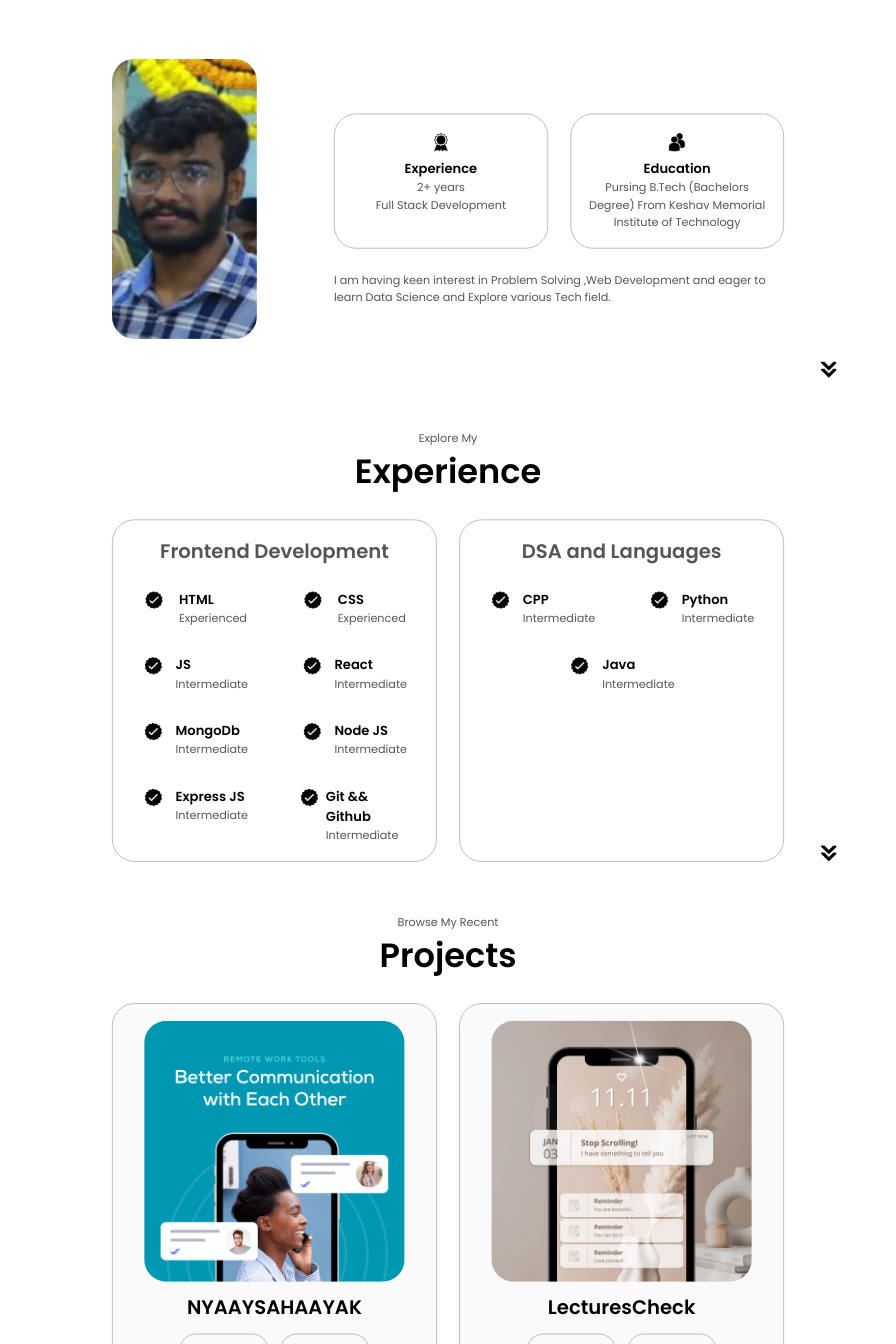
Repository: ARUN-YERRAM/ARUN-YERRAM-PORTFOLIO
Page: portfolio/index.html
These files come from the project's save history. The page is drawn as it stood at one moment and after a run of saves; the edit follows.
The browser window is 1280 px wide. The pictures show the part of the page from y = 923 to 2843 px (the page is 3401 px tall), at 70% of full size.

Above is the page before, as saved 2024-07-07 04:15:04.

### portfolio/index.html
<!DOCTYPE html>
<html lang="en">
  <head>
    <meta charset="UTF-8" />
    <meta http-equiv="X-UA-Compatible" content="IE=edge" />
    <meta name="viewport" content="width=device-width, initial-scale=1.0" />
    <title>My Portfolio</title>
    <link rel="stylesheet" href="style.css" />
    <link rel="stylesheet" href="mediaqueries.css" />
  </head>
  <body>
    <nav id="desktop-nav">
      <div class="logo">ARUN YERRAM</div>
      <div>
        <ul class="nav-links">
          <li><a href="#about">About</a></li>
          <li><a href="#experience">Experience</a></li>
          <li><a href="#projects">Projects</a></li>
          <li><a href="#contact">Contact</a></li>
        </ul>
      </div>
    </nav>
    <nav id="hamburger-nav">
      <div class="logo">ARUN YERRAM</div>
      <div class="hamburger-menu">
        <div class="hamburger-icon" onclick="toggleMenu()">
          <span></span>
          <span></span>
          <span></span>
        </div>
        <div class="menu-links">
          <li><a href="#about" onclick="toggleMenu()">About</a></li>
          <li><a href="#experience" onclick="toggleMenu()">Experience</a></li>
          <li><a href="#projects" onclick="toggleMenu()">Projects</a></li>
          <li><a href="#contact" onclick="toggleMenu()">Contact</a></li>
        </div>
      </div>
    </nav>
    <section id="profile">
      <div class="section__pic-container">
        <img src="./assets/profile-pic.png" alt="John Doe profile picture" />
      </div>
      <div class="section__text">
        <p class="section__text__p1">Hello, I'm</p>
        <h1 class="title">ARUN YERRAM</h1>
        <p class="section__text__p2">Frontend Developer</p>
        <div class="btn-container">
          <button
            class="btn btn-color-2"
            onclick="window.open('./assets/My_Resume.pdf')"
          >
            Download CV
          </button>
          <button class="btn btn-color-1" onclick="location.href='./#contact'">
            Contact Info
          </button>
        </div>
        <div id="socials-container">
          <img
            src="./assets/linkedin.png"
            alt="My LinkedIn profile"
            class="icon"
            onclick="window.open('https://www.linkedin.com/in/arun-yerram/','_blank')"
          />
          <img
            src="./assets/github.png"
            alt="My Github profile"
            class="icon"
            onclick="location.href='https://github.com/ARUN-YERRAM?tab=repositories'"
          />
        </div>
      </div>
    </section>
    <section id="about">
      <p class="section__text__p1">Get To Know More</p>
      <h1 class="title">About Me</h1>
      <div class="section-container">
        <div class="section__pic-container">
          <img
            src="./assets/Photo1.jpg"
            alt="Profile picture"
            class="about-pic"
          />
        </div>
        <div class="about-details-container">
          <div class="about-containers">
            <div class="details-container">
              <img
                src="./assets/experience.png"
                alt="Experience icon"
                class="icon"
              />
              <h3>Experience</h3>
              <p>2+ years <br />Full Stack Development</p>
            </div>
            <div class="details-container">
              <img
                src="./assets/education.png"
                alt="Education icon"
                class="icon"
              />
              <h3>Education</h3>
              <p>Pursing B.Tech (Bachelors Degree) From Keshav Memorial Institute of Technology <br /></p>
            </div>
          </div>
          <div class="text-container">
            <p>
              I am having keen interest in Problem Solving ,Web Development and eager to learn Data Science and Explore various Tech field.
            </p>
          </div>
        </div>
      </div>
      <img
        src="./assets/arrow.png"
        alt="Arrow icon"
        class="icon arrow"
        onclick="location.href='./#experience'"
      />
    </section>
    <section id="experience">
      <p class="section__text__p1">Explore My</p>
      <h1 class="title">Experience</h1>
      <div class="experience-details-container">
        <div class="about-containers">
          <div class="details-container">
            <h2 class="experience-sub-title">Frontend Development</h2>
            <div class="article-container">
              <article>
                <img
                  src="./assets/checkmark.png"
                  alt="Experience icon"
                  class="icon"
                />
                <div>
                  <h3>HTML</h3>
                  <p>Experienced</p>
                </div>
              </article>

              <article>
                <img
                  src="./assets/checkmark.png"
                  alt="Experience icon"
                  class="icon"
                />
                <div>
                  <h3>CSS</h3>
                  <p>Experienced</p>
                </div>
              </article>

              <article>
                <img
                  src="./assets/checkmark.png"
                  alt="Experience icon"
                  class="icon"
                />
                <div>
                  <h3>JS</h3>
                  <p>Intermediate</p>
                </div>
              </article>

              <article>
                <img
                  src="./assets/checkmark.png"
                  alt="Experience icon"
                  class="icon"
                />
                <div>
                  <h3>React</h3>
                  <p>Intermediate</p>
                </div>
              </article>

              <article>
                <img
                  src="./assets/checkmark.png"
                  alt="Experience icon"
                  class="icon"
                />
                <div>
                  <h3>MongoDb</h3>
                  <p>Intermediate</p>
                </div>
              </article>

                <article>
                  <img
                    src="./assets/checkmark.png"
                    alt="Experience icon"
                    class="icon"
                  />
                  <div>
                    <h3>Node JS</h3>
                    <p>Intermediate</p>
                  </div>
                </article>


                <article>
                  <img
                    src="./assets/checkmark.png"
                    alt="Experience icon"
                    class="icon"
                  />
                  <div>
                    <h3>Express JS</h3>
                    <p>Intermediate</p>
                  </div>
                </article>

                <article>
                <img
                  src="./assets/checkmark.png"
                  alt="Experience icon"
                  class="icon"
                />
                <div>
                  <h3>Git && Github</h3>
                  <p>Intermediate</p>
                </div>
              </article>

            </div>
          </div>
          <div class="details-container">
            <h2 class="experience-sub-title">DSA and Languages</h2>
            <div class="article-container">
              <article>
                <img
                  src="./assets/checkmark.png"
                  alt="Experience icon"
                  class="icon"
                />
                <div>
                  <h3>CPP</h3>
                  <p>Intermediate</p>
                </div>
              </article>
              <article>
                <img
                  src="./assets/checkmark.png"
                  alt="Experience icon"
                  class="icon"
                />
                <div>
                  <h3>Python</h3>
                  <p>Intermediate</p>
                </div>
              </article>

              <article>
                <img
                  src="./assets/checkmark.png"
                  alt="Experience icon"
                  class="icon"
                />
                <div>
                  <h3>Java</h3>
                  <p>Intermediate</p>
                </div>
              </article>
            </div>
          </div>
        </div>
      </div>
      <img
        src="./assets/arrow.png"
        alt="Arrow icon"
        class="icon arrow"
        onclick="location.href='./#projects'"
      />
    </section>
    <section id="projects">
      <p class="section__text__p1">Browse My Recent</p>
      <h1 class="title">Projects</h1>
      <div class="experience-details-container">
        <div class="about-containers">
          <div class="details-container color-container">
            <div class="article-container">
              <img
                src="./assets/project-1.png"
                alt="Project 1"
                class="project-img"
              />
            </div>
            <h2 class="experience-sub-title project-title">NYAAYSAHAAYAK</h2>
            <div class="btn-container">
              <button
                class="btn btn-color-2 project-btn"
                onclick="location.href='https://github.com/ARUN-YERRAM/NYAAYSAHAAYAK'"
              >
                Github
              </button>
              <button
                class="btn btn-color-2 project-btn"
                onclick="location.href=''"
              >
                Live Demo
              </button>
            </div>
          </div>
          <div class="details-container color-container">
            <div class="article-container">
              <img
                src="./assets/project-2.png"
                alt="Project 2"
                class="project-img"
              />
            </div>
            <h2 class="experience-sub-title project-title">LecturesCheck</h2>
            <div class="btn-container">
              <button
                class="btn btn-color-2 project-btn"
                onclick="location.href='https://github.com/ARUN-YERRAM/LecturesCheck'"
              >
                Github
              </button>
              <button
                class="btn btn-color-2 project-btn"
                onclick="location.href=''"
              >
                Live Demo
              </button>
            </div>
          </div>

          <!-- <div class="details-container color-container">
            <div class="article-container">
              <img
                src="./assets/project-3.png"
                alt="Project 3"
                class="project-img"
              />
            </div>
          </div> -->
        </div>
      </div>
      <img
        src="./assets/arrow.png"
        alt="Arrow icon"
        class="icon arrow"
        onclick="location.href='./#contact'"
      />
    </section>
    <section id="contact">
      <p class="section__text__p1">Get in Touch</p>
      <h1 class="title">Contact Me</h1>
      <div class="contact-info-upper-container">
        <div class="contact-info-container">
          <img
            src="./assets/email.png"
            alt="Email icon"
            class="icon contact-icon email-icon"
          />
          <p><a href="mailto:examplemail@gmail.com">arunyerram12022005@gmail.com</a></p>
        </div>
        <div class="contact-info-container">
          <img
            src="./assets/linkedin.png"
            alt="LinkedIn icon"
            class="icon contact-icon"
          />
          <p><a href="https://www.linkedin.com/in/arun-yerram/">LinkedIn</a></p>
        </div>
      </div>
    </section>
    <footer>
      <nav>
        <div class="nav-links-container">
          <ul class="nav-links">
            <li><a href="#about">About</a></li>
            <li><a href="#experience">Experience</a></li>
            <li><a href="#projects">Projects</a></li>
            <li><a href="#contact">Contact</a></li>
          </ul>
        </div>
      </nav>
      <p>Copyright &#169; 2024 Arun Yerram. All Rights Reserved.</p>
    </footer>
    <script src="script.js"></script>
  </body>
</html>

### portfolio/style.css
/* GENERAL */

@import url("https://fonts.googleapis.com/css2?family=Poppins:wght@300;400;500;600&display=swap");

* {
  margin: 0;
  padding: 0;
}

body {
  font-family: "Poppins", sans-serif;
}

html {
  scroll-behavior: smooth;
}

p {
  color: rgb(85, 85, 85);
}

/* TRANSITION */

a,
.btn {
  transition: all 300ms ease;
}

/* DESKTOP NAV */

nav,
.nav-links {
  display: flex;
}

nav {
  justify-content: space-around;
  align-items: center;
  height: 17vh;
}

.nav-links {
  gap: 2rem;
  list-style: none;
  font-size: 1.5rem;
}

a {
  color: black;
  text-decoration: none;
  text-decoration-color: white;
}

a:hover {
  color: grey;
  text-decoration: underline;
  text-underline-offset: 1rem;
  text-decoration-color: rgb(181, 181, 181);
}

.logo {
  font-size: 2rem;
}

.logo:hover {
  cursor: default;
}

/* HAMBURGER MENU */

#hamburger-nav {
  display: none;
}

.hamburger-menu {
  position: relative;
  display: inline-block;
}

.hamburger-icon {
  display: flex;
  flex-direction: column;
  justify-content: space-between;
  height: 24px;
  width: 30px;
  cursor: pointer;
}

.hamburger-icon span {
  width: 100%;
  height: 2px;
  background-color: black;
  transition: all 0.3 ease-in-out;
}

.menu-links {
  position: absolute;
  top: 100%;
  right: 0;
  background-color: white;
  width: fit-content;
  max-height: 0;
  overflow: hidden;
  transition: all 0.3 ease-in-out;
}

.menu-links a {
  display: block;
  padding: 10px;
  text-align: center;
  font-size: 1.5rem;
  color: black;
  text-decoration: none;
  transition: all 0.3 ease-in-out;
}

.menu-links li {
  list-style: none;
}

.menu-links.open {
  max-height: 300px;
}

.hamburger-icon.open span:first-child {
  transform: rotate(45deg) translate(10px, 5px);
}

.hamburger-icon.open span:nth-child(2) {
  opacity: 0;
}

.hamburger-icon.open span:last-child {
  transform: rotate(-45deg) translate(10px, -5px);
}

.hamburger-icon span:first-child {
  transform: none;
}

.hamburger-icon span:first-child {
  opacity: 1;
}

.hamburger-icon span:first-child {
  transform: none;
}

/* SECTIONS */

section {
  padding-top: 4vh;
  height: 96vh;
  margin: 0 10rem;
  box-sizing: border-box;
  min-height: fit-content;
}

.section-container {
  display: flex;
}

/* PROFILE SECTION */

#profile {
  display: flex;
  justify-content: center;
  gap: 5rem;
  height: 80vh;
}

.section__pic-container {
  display: flex;
  height: 400px;
  width: 400px;
  margin: auto 0;
}

.section__text {
  align-self: center;
  text-align: center;
}

.section__text p {
  font-weight: 600;
}

.section__text__p1 {
  text-align: center;
}

.section__text__p2 {
  font-size: 1.75rem;
  margin-bottom: 1rem;
}

.title {
  font-size: 3rem;
  text-align: center;
}

#socials-container {
  display: flex;
  justify-content: center;
  margin-top: 1rem;
  gap: 1rem;
}

/* ICONS */

.icon {
  cursor: pointer;
  height: 2rem;
}

/* BUTTONS */

.btn-container {
  display: flex;
  justify-content: center;
  gap: 1rem;
}

.btn {
  font-weight: 600;
  transition: all 300ms ease;
  padding: 1rem;
  width: 8rem;
  border-radius: 2rem;
}

.btn-color-1,
.btn-color-2 {
  border: rgb(53, 53, 53) 0.1rem solid;
}

.btn-color-1:hover,
.btn-color-2:hover {
  cursor: pointer;
}

.btn-color-1,
.btn-color-2:hover {
  background: rgb(53, 53, 53);
  color: white;
}

.btn-color-1:hover {
  background: rgb(0, 0, 0);
}

.btn-color-2 {
  background: none;
}

.btn-color-2:hover {
  border: rgb(255, 255, 255) 0.1rem solid;
}

.btn-container {
  gap: 1rem;
}

/* ABOUT SECTION */

#about {
  position: relative;
}

.about-containers {
  gap: 2rem;
  margin-bottom: 2rem;
  margin-top: 2rem;
}

.about-details-container {
  justify-content: center;
  flex-direction: column;
}

.about-containers,
.about-details-container {
  display: flex;
}

.about-pic {
  border-radius: 2rem;
}

.arrow {
  position: absolute;
  right: -5rem;
  bottom: 2.5rem;
}

.details-container {
  padding: 1.5rem;
  flex: 1;
  background: white;
  border-radius: 2rem;
  border: rgb(53, 53, 53) 0.1rem solid;
  border-color: rgb(163, 163, 163);
  text-align: center;
}

.section-container {
  gap: 4rem;
  height: 80%;
}

.section__pic-container {
  height: 400px;
  width: 400px;
  margin: auto 0;
}

/* EXPERIENCE SECTION */

#experience {
  position: relative;
}

.experience-sub-title {
  color: rgb(85, 85, 85);
  font-weight: 600;
  font-size: 1.75rem;
  margin-bottom: 2rem;
}

.experience-details-container {
  display: flex;
  justify-content: center;
  flex-direction: column;
}

.article-container {
  display: flex;
  text-align: initial;
  flex-wrap: wrap;
  flex-direction: row;
  gap: 2.5rem;
  justify-content: space-around;
}

article {
  display: flex;
  width: 10rem;
  justify-content: space-around;
  gap: 0.5rem;
}

article .icon {
  cursor: default;
}

/* PROJECTS SECTION */

#projects {
  position: relative;
}

.color-container {
  border-color: rgb(163, 163, 163);
  background: rgb(250, 250, 250);
}

.project-img {
  border-radius: 2rem;
  width: 90%;
  height: 90%;
}

.project-title {
  margin: 1rem;
  color: black;
}

.project-btn {
  color: black;
  border-color: rgb(163, 163, 163);
}

/* CONTACT */

#contact {
  display: flex;
  justify-content: center;
  flex-direction: column;
  height: 70vh;
}

.contact-info-upper-container {
  display: flex;
  justify-content: center;
  border-radius: 2rem;
  border: rgb(53, 53, 53) 0.1rem solid;
  border-color: rgb(163, 163, 163);
  background: (250, 250, 250);
  margin: 2rem auto;
  padding: 0.5rem;
}

.contact-info-container {
  display: flex;
  align-items: center;
  justify-content: center;
  gap: 0.5rem;
  margin: 1rem;
}

.contact-info-container p {
  font-size: larger;
}

.contact-icon {
  cursor: default;
}

.email-icon {
  height: 2.5rem;
}

/* FOOTER SECTION */

footer {
  height: 26vh;
  margin: 0 1rem;
}

footer p {
  text-align: center;
}

### portfolio/mediaqueries.css
@media screen and (max-width: 1400px) {
  #profile {
    height: 83vh;
    margin-bottom: 6rem;
  }
  .about-containers {
    flex-wrap: wrap;
  }
  #contact,
  #projects {
    height: fit-content;
  }
}

@media screen and (max-width: 1200px) {
  #desktop-nav {
    display: none;
  }
  #hamburger-nav {
    display: flex;
  }
  #experience,
  .experience-details-container {
    margin-top: 2rem;
  }
  #profile,
  .section-container {
    display: block;
  }
  .arrow {
    display: none;
  }
  section,
  .section-container {
    height: fit-content;
  }
  section {
    margin: 0 5%;
  }
  .section__pic-container {
    width: 275px;
    height: 275px;
    margin: 0 auto 2rem;
  }
  .about-containers {
    margin-top: 0;
  }
}

@media screen and (max-width: 600px) {
  #contact,
  footer {
    height: 40vh;
  }
  #profile {
    height: 83vh;
    margin-bottom: 0;
  }
  article {
    font-size: 1rem;
  }
  footer nav {
    height: fit-content;
    margin-bottom: 2rem;
  }
  .about-containers,
  .contact-info-upper-container,
  .btn-container {
    flex-wrap: wrap;
  }
  .contact-info-container {
    margin: 0;
  }
  .contact-info-container p,
  .nav-links li a {
    font-size: 1rem;
  }
  .experience-sub-title {
    font-size: 1.25rem;
  }
  .logo {
    font-size: 1.5rem;
  }
  .nav-links {
    flex-direction: column;
    gap: 0.5rem;
    text-align: center;
  }
  .section__pic-container {
    width: auto;
    height: 46vw;
    justify-content: center;
  }
  .section__text__p2 {
    font-size: 1.25rem;
  }
  .title {
    font-size: 2rem;
  }
  .text-container {
    text-align: justify;
  }
}

Loaded but not shown: portfolio/script.js (common file)

After the next 3 saves:
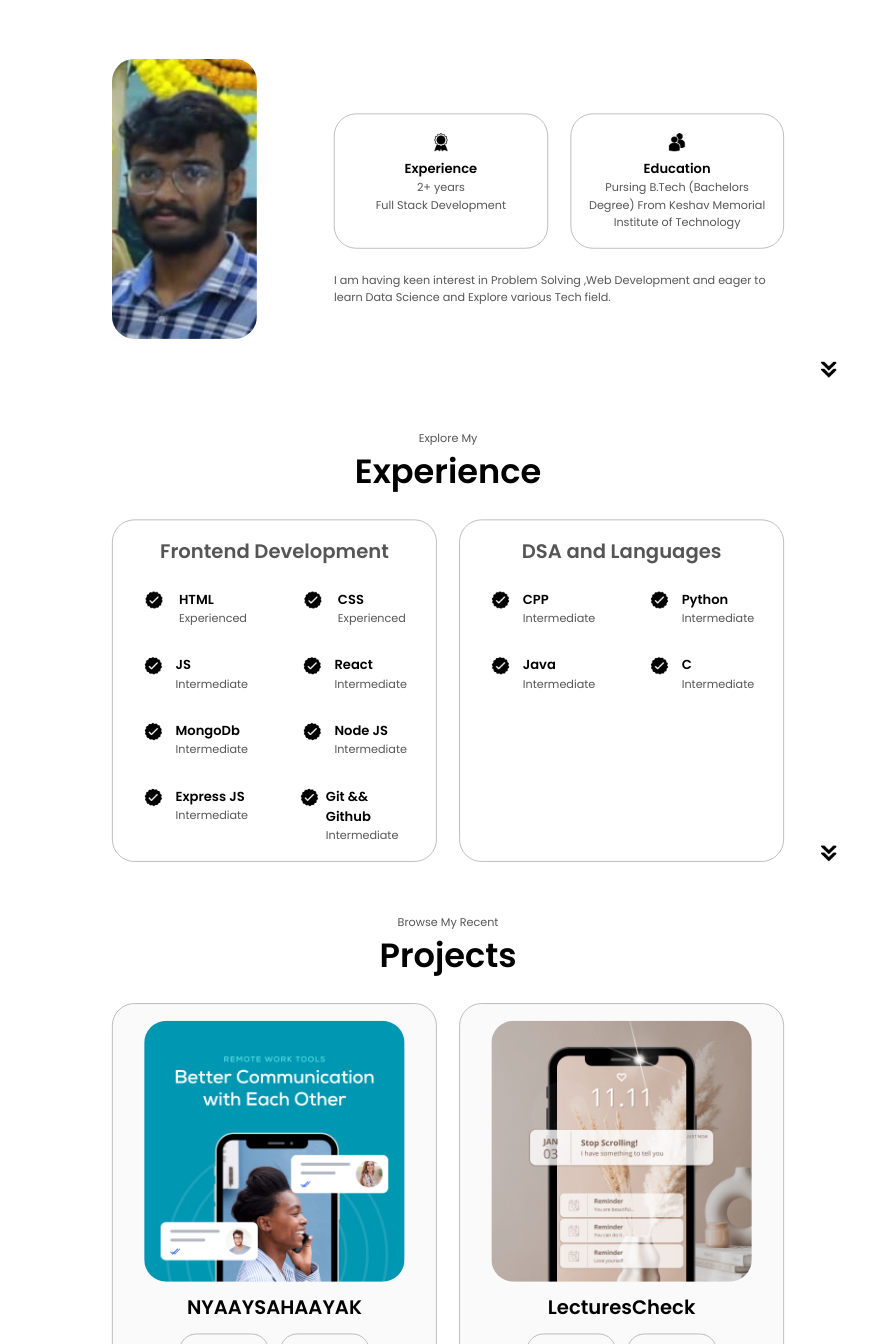
The 3 saves are shown as one change because they came seconds apart.
The last was saved 48 s later.
--- a/portfolio/index.html
+++ b/portfolio/index.html
@@ -261,6 +261,18 @@
                   <p>Intermediate</p>
                 </div>
               </article>
+
+              <article>
+                <img
+                  src="./assets/checkmark.png"
+                  alt="Experience icon"
+                  class="icon"
+                />
+                <div>
+                  <h3>C</h3>
+                  <p>Intermediate</p>
+                </div>
+              </article>
             </div>
           </div>
         </div>
